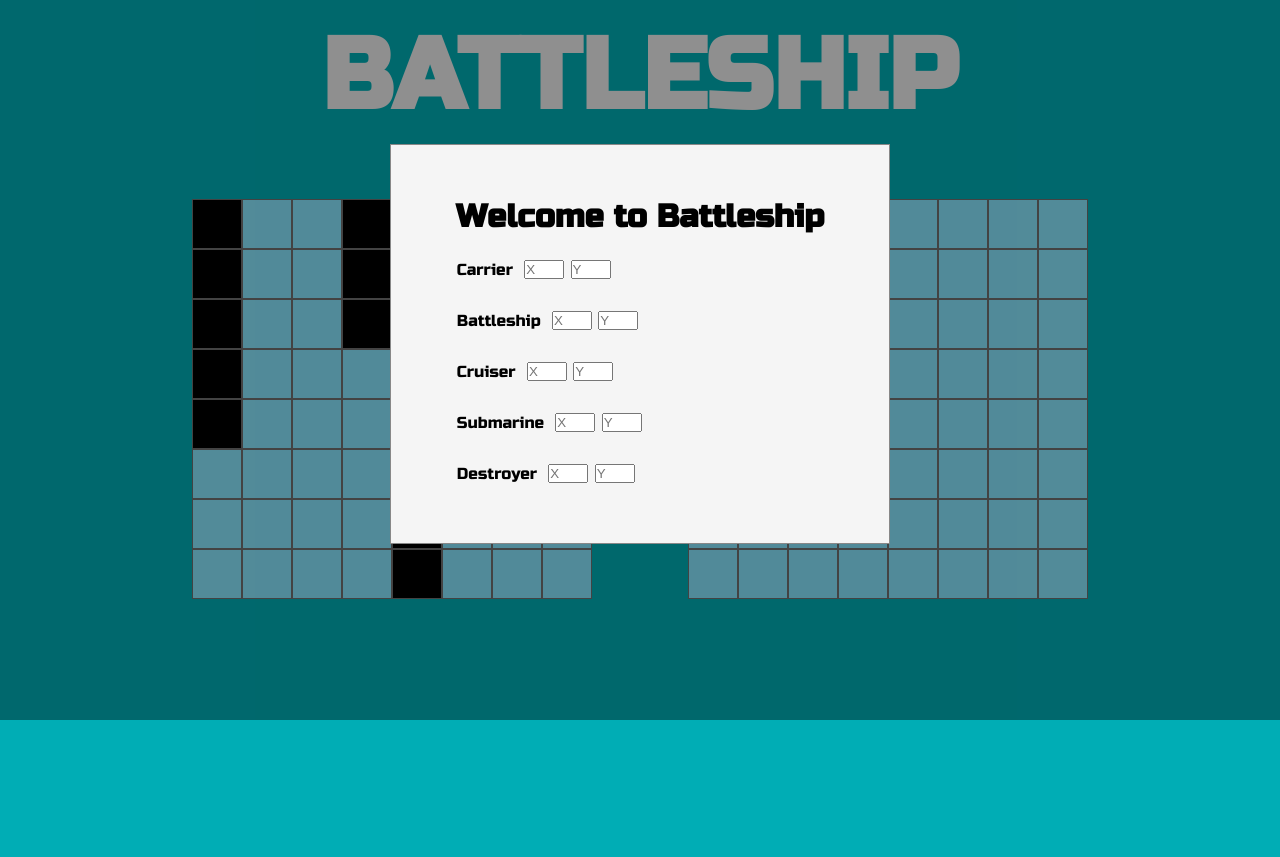
Repository: AzharMoosa/battleship
Page: /
An editor plug-in stored every save of this project. The page is shown before and after the next save, followed by the edit.
The browser window is 1280 px wide. The pictures show the whole page.
The project was rebuilt for these pictures with package versions that can differ from the ones it lists, and the page was loaded fresh each time.

Above is the page before, as saved 2020-07-09 10:20:36.

After the next save:
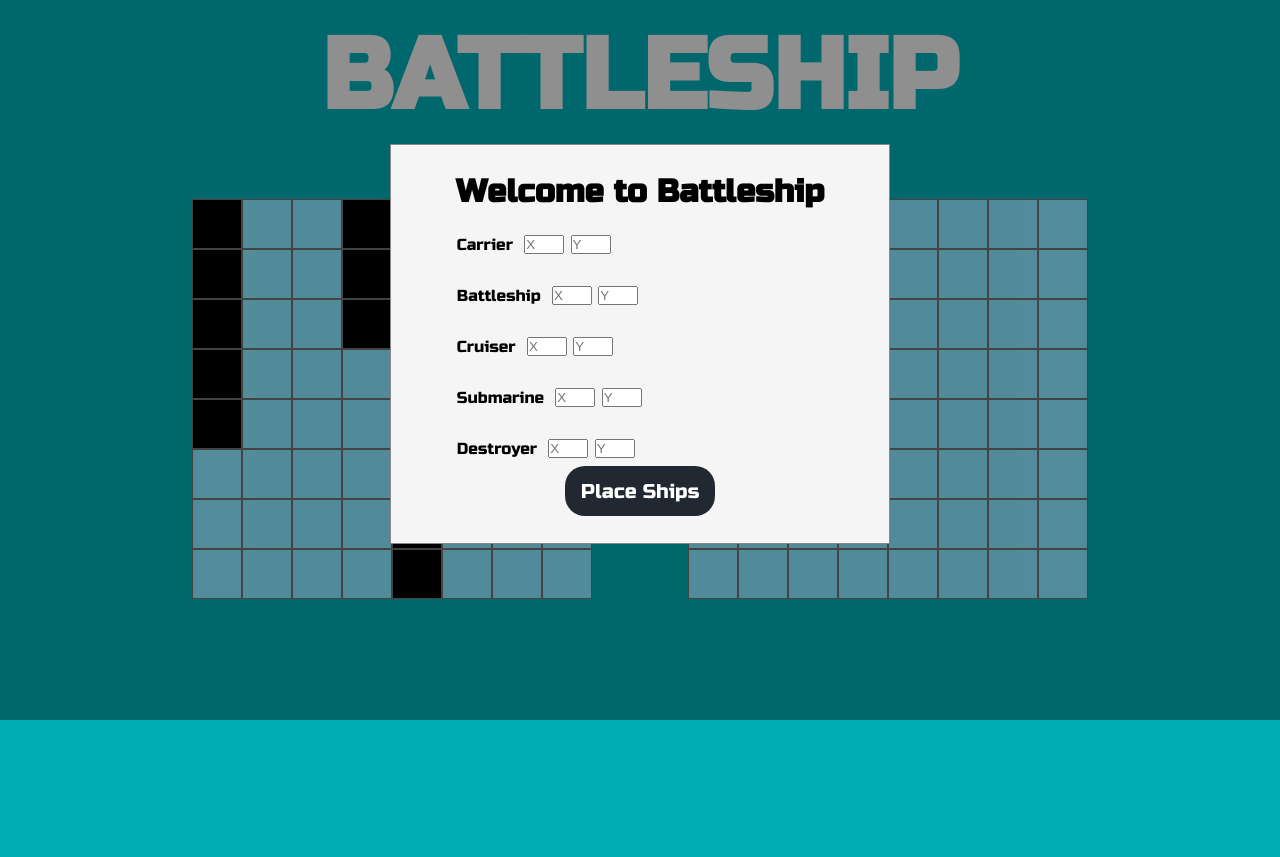
Saved 33 s later.
--- a/src/components/PlaceShip.js
+++ b/src/components/PlaceShip.js
@@ -11,6 +11,8 @@ const PlaceShip = () => {
   const [submarineY, setSubmarineY] = useState("");
   const [destroyerX, setDestroyerX] = useState("");
   const [destroyerY, setDestroyerY] = useState("");
+
+  const updateBoard = () => {};
 
   return (
     <div className='start'>
@@ -111,6 +113,7 @@ const PlaceShip = () => {
             className='coord-input'
           />
         </div>
+        <button className='btn-primary'>Place Ships</button>
       </div>
     </div>
   );
